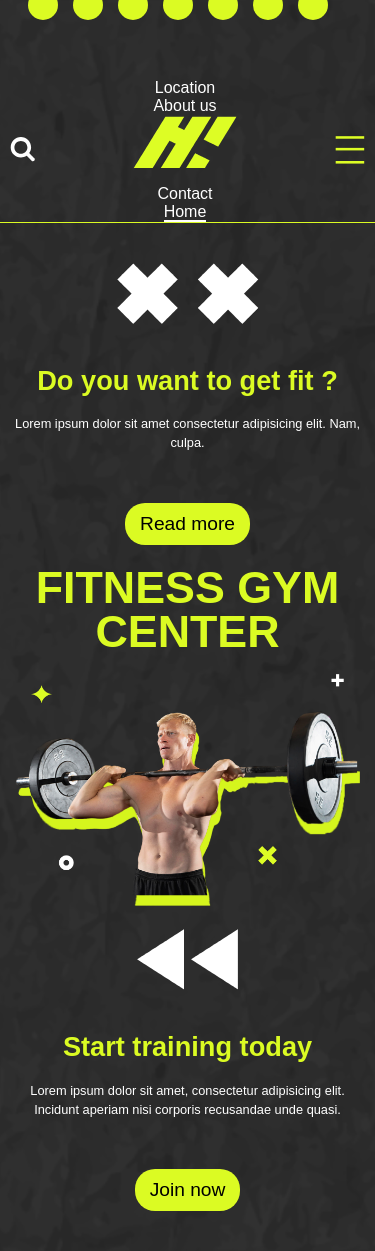
Repository: sem1103/fitness-test
Page: index.html
The author's editor kept a copy of each file at every save. The page is drawn from the files as they stood at one save, then again after the next save.
The browser window is 375 px wide. The pictures show the whole page.

Above is the page before, as saved 2023-11-03 19:08:26.

### index.html
<!DOCTYPE html>
<html lang="en">
<head>
    <meta charset="UTF-8">
    <meta name="viewport" content="width=device-width, initial-scale=1.0">
    <title>Fitness</title>
    <link rel="stylesheet" href="style/reset.css"/>
    <link rel="stylesheet" href="style/main.css"/>
</head>
<body>
    <div id="circles">
        <ul>
            <li></li>
            <li></li>
            <li></li>
            <li></li>
            <li></li>
            <li></li>
            <li></li>
        </ul>
    </div>
    <header class="container">
        <div id="search">
            <svg version="1.2" xmlns="http://www.w3.org/2000/svg" viewBox="0 0 25 25" width="25" height="25"><style>.a{fill:#fff}</style><path fill-rule="evenodd" class="a" d="m23 24.2c-0.5 0-1 0-1.4-0.5-4.9-4.9-4.9-4.9-4.9-4.9-1.9 1.2-3.7 1.6-5.8 1.6-5.6 0-10.2-4.4-10.2-10 0-5.8 4.6-10.3 10.2-10.3 5.6 0 10.2 4.5 10.2 10.3 0 1.9-0.7 4-1.9 5.6 4.9 5.1 4.9 5.1 4.9 5.1 0.5 0.3 0.7 0.7 0.7 1.2 0 1.2-0.9 1.9-1.8 1.9zm-12.1-20.3c-3.7 0-6.5 2.8-6.5 6.5 0 3.5 2.8 6.3 6.5 6.3 3.5 0 6.5-2.8 6.5-6.3 0-3.7-3-6.5-6.5-6.5z"/></svg>
        </div>
        <nav>
            <ul>
                <li><a href="">Location</a></li>
                <li><a href="">About us</a></li>
                <li><a href=""><img src="./img/logo.png" alt="Logo"></a></li>
                <li><a href="">Contact</a></li>
                <li class="active"><a href="">Home</a></li>
            </ul>
        </nav>
        <div id="burger__menu">
            <img src="img/burger-icon.png" alt="">
        </div>
    </header>
    <main>

        <div id="intro" class="container">
            <div class="side__section">
                <div class="img">
                    <img src="img/section-one.png" alt="">
                </div>
                <h2>Do you want
                    to get fit ?</h2>
                <p>Lorem ipsum dolor sit amet consectetur adipisicing elit. Nam, culpa.</p>
                <button>Read more</button>
            </div>
            <div class="main__section">
                <h1>FITNESS GYM <br/>
                    CENTER</h1>
                <img src="img/section-two.png" alt="">
            </div>
            <div class="side__section">
                <div class="img">
                    <img src="img/section-three.png" alt="">
                </div>
                <h2>Start training
                    today</h2>
                <p>Lorem ipsum dolor sit amet, consectetur adipisicing elit. Incidunt aperiam nisi corporis recusandae unde quasi.</p>
                <button>Join now</button>
            </div>
        </div>


    </main>
</body>
</html>

### style/reset.css
html, body, div, span, applet, object, iframe,
h1, h2, h3, h4, h5, h6, p, blockquote, pre,
a, abbr, acronym, address, big, cite, code,
del, dfn, em, img, ins, kbd, q, s, samp,
small, strike, strong, sub, sup, tt, var,
b, u, i, center,
dl, dt, dd, ol, ul, li,
fieldset, form, label, legend,
table, caption, tbody, tfoot, thead, tr, th, td,
article, aside, canvas, details, embed,
figure, figcaption, footer, header, hgroup,
menu, nav, output, ruby, section, summary,
time, mark, audio, video {
	margin: 0;
	padding: 0;
	border: 0;
	font-size: 100%;
	font: inherit;
	vertical-align: baseline;
}
/* HTML5 display-role reset for older browsers */
article, aside, details, figcaption, figure,
footer, header, hgroup, menu, nav, section {
	display: block;
}
body {
	line-height: 1;
	font-family: Arial, Helvetica, sans-serif;
}
ol, ul {
	list-style: none;
}
blockquote, q {
	quotes: none;
}
blockquote:before, blockquote:after,
q:before, q:after {
	content: '';
	content: none;
}
table {
	border-collapse: collapse;
	border-spacing: 0;
}
a{
	text-decoration: none;
}

### style/main.css
.container {
    max-width: 1100px;
    margin: auto;
}

body {
    background: url(./../img/background.png) center/cover;
    min-height: 100vh;
}

#circles ul {
    display: flex;
    flex-direction: row;
    width: 100%;
    justify-content: center;
    gap: 15px;
    margin: -10px;
}

#circles li {
    padding: 15px;
    border-radius: 50%;
    background-color: #dbfb23;
}

header {
    padding: 70px 10px 0 10px;
    border-bottom: 1px solid #dbfb23;
}
header > div{
    flex-basis: 5%;
}

header,
nav ul {
    display: flex;
    flex-direction: row;
    justify-content: space-between;
    align-items: center;
}

nav {
    flex-basis: 80%;
}

nav ul {
    align-items: stretch;
}

nav li {
    display: flex;
    align-items: center;
    transition: all .3s ease-in-out;
    border-bottom: 2px solid transparent;
}
nav li:nth-child(3){
    margin: 0 0 15px 0;
    border: 0;
}
nav a {
    color: #fff;
}

nav li:hover {
    color: #dbfb23;
    transition: all .3s ease-in-out;
    border-color: #fff;
}
.active{
    color: #dbfb23;
    transition: all .3s ease-in-out;
    border-color: #fff;
}

#burger__menu{
    text-align: center;
}

h1{
    font-size: 3.8rem;
    font-weight: 900;
    color: #dbfb23;
    text-align: center;
    margin: 0  0 20px 0;
}
h2{
    color: #dbfb23;
    font-size: 1.7rem;
    font-weight: 600;
}
#intro{
    display: flex;
    flex-direction: row;
    padding: 40px 15px;
    gap: 20px;
}
#intro p{
    color: #fff;
    font-size: 1.1rem;
    line-height: 1.5;
    margin: 0 0 50px 0;
}

#intro button{
    border: 0;
    outline: 0;
    padding: 10px 15px;
    background-color: #dbfb23;
    border-radius: 20px;
    font-size: 1.2rem;
    cursor: pointer;
}
.img{
    text-align: center;
    margin: 0 0 40px 0;
}
.main__section img{
    width: 100%;
}
.main__section{
    flex-basis: 50%;
}
.side__section{
    flex-basis: 25%;
}
.side__section h2{
    margin: 20px 0;
}
.side__section:last-of-type{
    text-align: right;
}


@media only screen and (max-width: 950px) {
    h1{
        font-size: 2.8rem;
    }
}
@media only screen and (max-width: 768px) {
    #intro p{
        font-size: .8rem;
    }
}

@media only screen and (max-width: 520px) {
    #intro , .side__section:last-of-type{
        flex-direction: column;
        text-align: center;
    }

}
@media only screen and (max-width: 480px) {
    nav ul{
        flex-direction: column;
      align-items: center;
    }

}

After the next save:
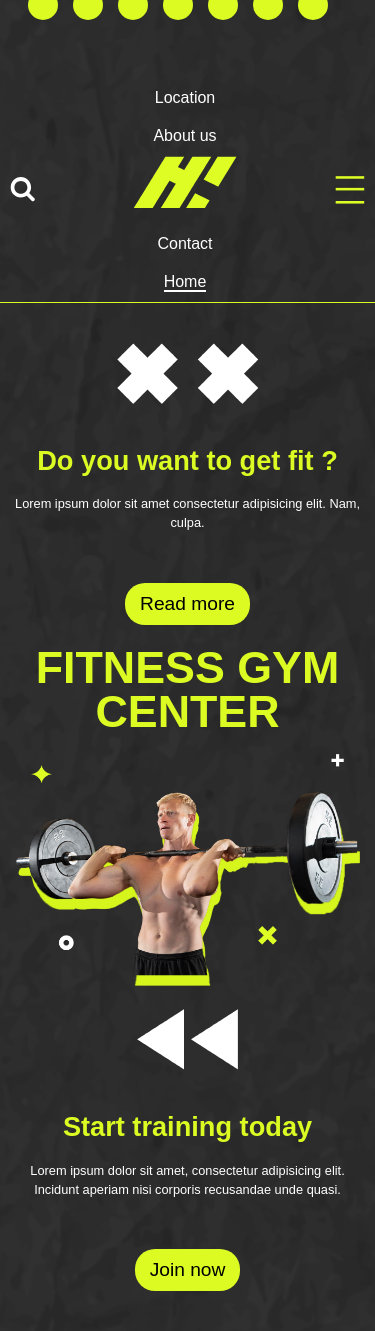
Saved 31 s later.
--- a/style/main.css
+++ b/style/main.css
@@ -154,5 +154,8 @@
         flex-direction: column;
       align-items: center;
     }
+    nav li{
+        margin: 10px 0;
+    }
 
 }
